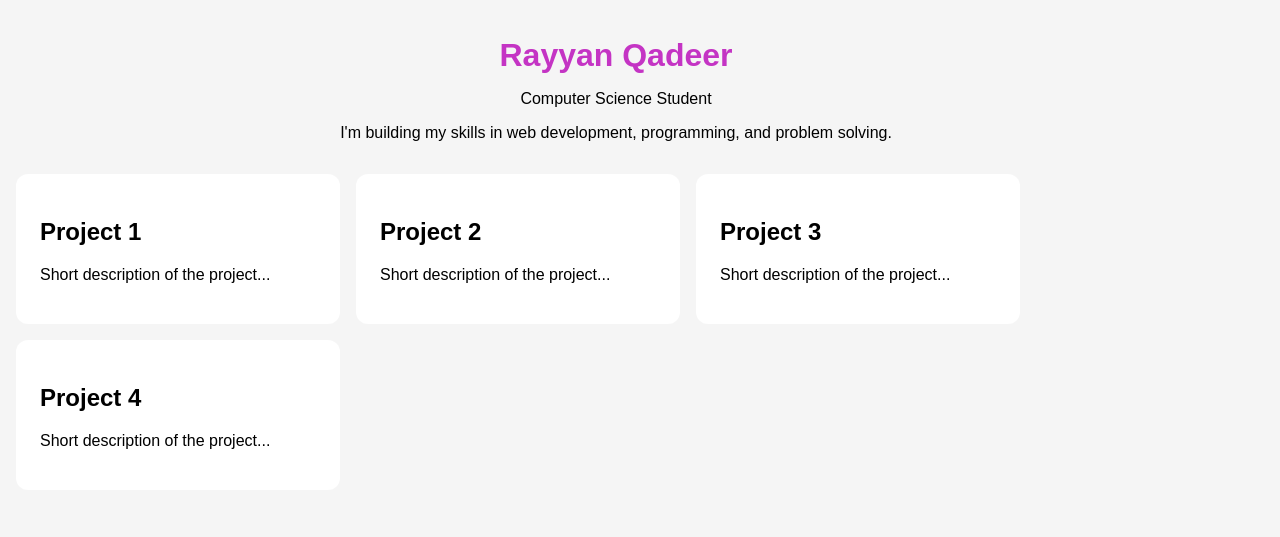
Repository: rayyan-qadeer/rayyan-qadeer
Page: index.html
These files come from the project's save history. The page is drawn as it stood at one moment and after the next save; the edit follows.
The browser window is 1280 px wide. The pictures show the whole page.

Above is the page before, as saved 2026-04-22 13:52:16.

After the next save:
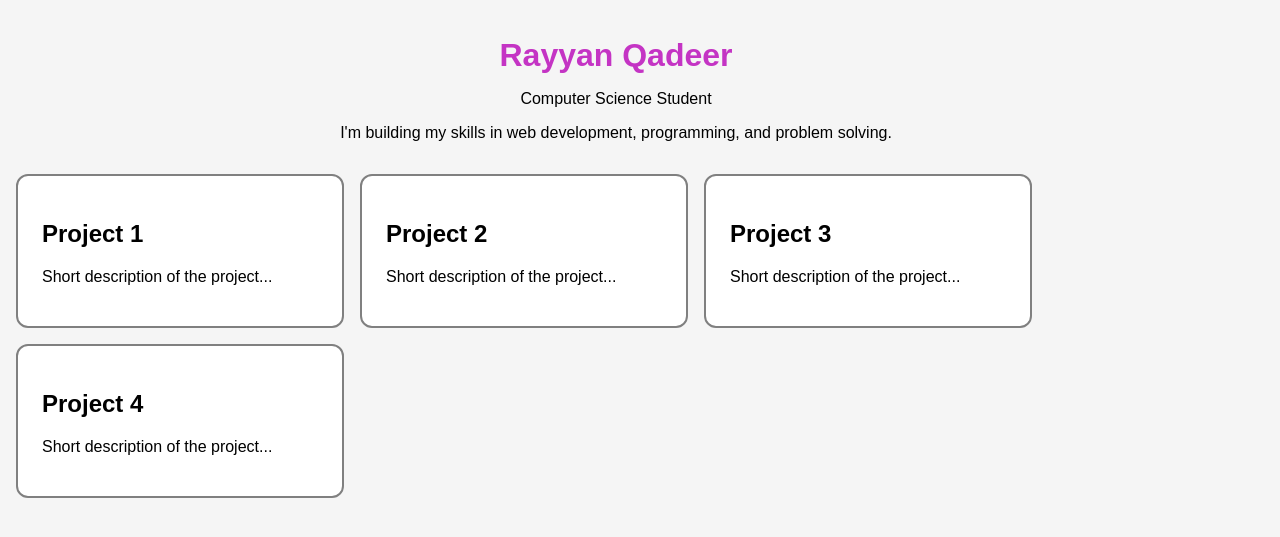
Saved 6 min 14 s later.
--- a/styles/index.css
+++ b/styles/index.css
@@ -24,7 +24,7 @@ header h1 {
   background-color: white;
   padding: 1.5rem;
   border-radius: 12px;
-  border: 2px gray;
+  border: 2px solid gray;
 }
 
 .card:hover {
